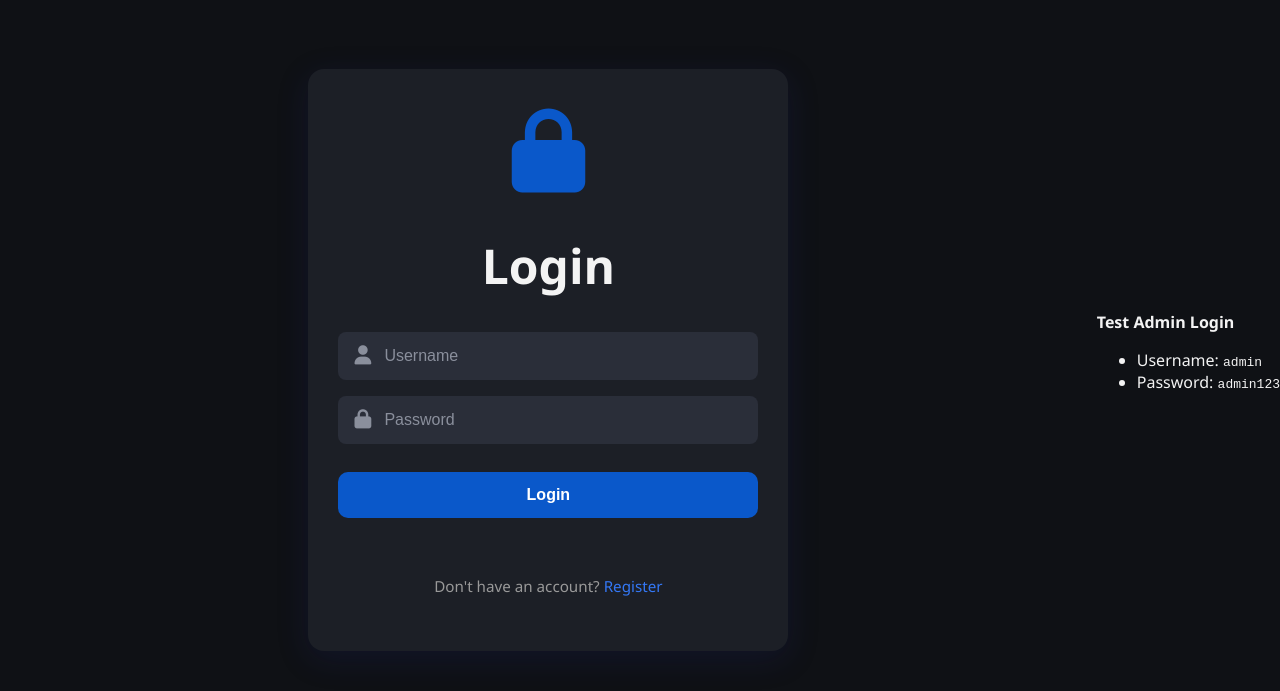
Repository: lowluds/auth-flask
Page: http://localhost/login
An editor plug-in stored every save of this project. The page is shown before and after the next save, followed by the edit.
The browser window is 1280 px wide. The pictures show the whole page.
The page is served by the project's application, run on Flask 3 (login.py).

Above is the page before, as saved 2025-07-11 00:05:15.

### templates/login.html
<!DOCTYPE html>
<html lang="en">
<head>
    <meta charset="UTF-8">
    <meta name="viewport" content="width=device-width, initial-scale=1.0">
    <title>Login</title>
    <link rel="stylesheet" href="{{ url_for('static', filename='register.css') }}">
    <link rel="stylesheet" href="{{ url_for('static', filename='error.css') }}">
    <link rel="stylesheet" href="https://cdnjs.cloudflare.com/ajax/libs/font-awesome/6.5.0/css/all.min.css">
</head>

<body>
    <div class="login-container">
        <i class="fas fa-lock login-icon"></i>
        <h2>Login</h2>
        <form method="post" action="/login">

          <div class="input-group">
              <i class="fas fa-user"></i>
              <input type="text" name="username" placeholder="Username" required>
          </div>

          <div class="input-group">
              <i class="fas fa-lock"></i>
              <input type="password" name="password" placeholder="Password" required>
          </div>

            {% with messages = get_flashed_messages(with_categories=true) %}
              {% if messages %}
                {% for category, message in messages %}
                  {% if category == 'error' %}
                  <div class="input-error">{{ message }}</div>
                  {% endif %}
                {% endfor %}
              {% endif %}
            {% endwith %}

            <button type="submit">Login</button>
            <br>
            {% if show_forgot %}
            <a href="{{ url_for('forgot_password') }}" class="forgot-link">Forgot password?</a>
            {% endif %}

        </form>
        <p>Don't have an account? <a href="/register">Register</a></p>
    </div>

    <!-- Admin Info Sticky Node -->
    <div class="admin-sticky-info">
        <strong>Test Admin Login</strong>
        <ul>
            <li>Username: <code>admin</code></li>
            <li>Password: <code>admin123</code></li>
        </ul>
    </div>

</body>
</html>

### login.py
from flask import Flask, render_template, request, redirect, url_for, session, flash
from werkzeug.security import check_password_hash
from werkzeug.security import generate_password_hash
import json

app = Flask (__name__)
app.secret_key = '123abc456'  # Change this to a secure random value

@app.route('/')
def home():
    return redirect(url_for('login'))

# Login
@app.route('/login', methods=['GET', 'POST'])
def login():
    if request.method == 'POST':
        # Get form input
        username = request.form['username']
        password = request.form['password']

        # Load users from JSON
        with open('users/userDB.json', 'r') as file:
            data = json.load(file)

        # Look for user
        for user in data['users']:
            if user['username'] == username:
                # Check hashed password
                if check_password_hash(user['password'], password):
                    session['username'] = username
                    session['group'] = user['group']
                    session.pop('show_forgot', None)

                    # Redirect based on group
                    if user['group'] == 'admin':
                        return redirect(url_for('admin'))
                    else:
                        return redirect(url_for('dashboard'))

                flash("Incorrect password", "error")
                session['show_forgot'] = True
                return redirect(url_for('login'))

        flash("Username or password not found", "error")
        session.pop('show_forgot', None)
        return redirect(url_for('login'))

    show_forgot = session.pop('show_forgot', False)
    return render_template('login.html', show_forgot=show_forgot)

# Register
@app.route('/register', methods=['GET', "POST"])
def register():
    if request.method == 'POST':
        username = request.form['username']
        password = request.form['password']
        group = "user"

        # Load existing users
        with open('users/userDB.json', 'r') as file:
            data = json.load(file)

        # Check for duplicate username
        for user in data['users']:
            if user['username'] == username:
                flash("Username already exists. Please choose another.", "error")
                return redirect(url_for('register'))

        # Hash the password
        hashed_password = generate_password_hash(password)

        # Add new user to userDB.json
        data['users'].append({
            'username': username,
            'password': hashed_password,
            'group'   : group
        })

        # Save the updated user to userDB.json
        with open('users/userDB.json', "w") as file:
            json.dump(data, file, indent=4)

        flash("You are registered! Please log in.", "success")
        return redirect(url_for('login'))

    # Only runs for GET requests
    return render_template('register.html')

# Forgot Password
@app.route('/forgot')
def forgot_password():
    return render_template('forgot.html')

# Dashboard
@app.route('/dashboard')
def dashboard():
    # Check if user is logged in
    if 'username' in session:
        return render_template('dashboard.html')
    else:
        return redirect(url_for('login'))
# Admin dashboard
@app.route('/admin')
def admin():
    if 'username' in session:
        if session.get('group') == 'admin':
            return render_template('admin.html')
        else:
            return "You are logged in, but not authorized to view this page"
    else:
        return redirect(url_for('login'))

# Logout
@app.route('/logout')
def logout():
    session.pop('username', None)
    return redirect(url_for('login'))

if __name__ == '__main__':
    app.run(debug=True)

### static/register.css
/* Global dark theme */
body {
    background: #0f1115;
    font-family: 'Segoe UI', Tahoma, Geneva, Verdana, sans-serif;
    margin: 0;
    padding: 0;
    color: #f3f3f3;
    min-height: 100vh;
    display: flex;
    justify-content: center;
    align-items: center;
}

/* Shared container styles */
.login-container,
.register-container,
.dashboard-container,
.admin-dashboard-container {
    background: #1c1f26;
    max-width: 420px;
    width: 100%;
    padding: 40px 30px;
    margin: 60px auto;
    border-radius: 16px;
    box-shadow: 0 8px 32px rgba(31, 38, 135, 0.18);
    display: flex;
    flex-direction: column;
    align-items: center;
}

.input-group {
    position: relative;
    width: 100%;
    margin-bottom: 16px;
}

.input-group i {
    position: absolute;
    top: 50%;
    left: 16px;
    transform: translateY(-50%);
    color: #8a8f9c;
    font-size: 1.2rem;
    pointer-events: none;
}

.input-group input {
    padding: 14px 16px 14px 46px;
    height: 48px;
    border: none;
    border-radius: 8px;
    background-color: #2a2e39;
    color: #f3f3f3;
    font-size: 1rem;
    width: 100%;
    box-sizing: border-box;
    margin-bottom: 0;
}

.input-group input:focus {
    box-shadow: 0 0 0 2px rgba(52, 120, 246, 0.4);
}

/* Headings */
.login-container h2,
.register-container h2,
.dashboard-container h2,
.admin-dashboard-container h2 {
    color: #f3f3f3;
    margin-bottom: 34px;
    font-weight: 600;
    font-size: 3rem;
    text-align: center;
}

/* Forms */
form {
    width: 100%;
    display: flex;
    flex-direction: column;
    margin-bottom: 20px;
}

/* Labels */
label {
    margin-bottom: 6px;
    color: #ccc;
    font-size: 0.95rem;
}

/* Inputs */
input,
select {
    padding: 14px;
    margin-bottom: 16px;
    border: none;
    border-radius: 10px;
    background-color: #2a2e39;
    color: #f3f3f3;
    font-size: 1rem;
    transition: all 0.2s ease-in-out;
}

input::placeholder {
    color: #8a8f9c;
}

input:focus,
select:focus {
    outline: none;
    background-color: #2f3541;
    border: 1.5px solid #3478f6;
}

/* Buttons */
button {
    background-color: #0a58ca;
    color: #fff;
    border: none;
    border-radius: 10px;
    padding: 14px;
    font-size: 1rem;
    font-weight: 600;
    cursor: pointer;
    transition: background-color 0.3s ease;
    margin-top: 12px;
}

button:hover {
    background-color: #0846a1;
}

/* Links */
a {
    color: #3478f6;
    text-decoration: none;
    font-weight: 500;
    font-size: 0.95rem;
}

a:hover {
    color: #5a9afc;
    text-decoration: underline;
}

.login-container .login-icon {
    font-size: 84px;
    color: #0a58ca;
    margin-bottom: 0px;
}

.register-container .register-icon {
    font-size: 84px;
    color: #0a58ca;
    margin-bottom: 0px;
}

.dashboard-container .dashboard-icon {
    font-size: 84px;
    color: #0a58ca;
    margin-bottom: 0px;
}

.dashboard-container .admin-icon {
    font-size: 84px;
    color: #0a58ca;
    margin-bottom: 0px;
}

.login-container .forgot-container {
    padding-top: 100px; /* or any value you want */
}

/* Paragraphs */
p {
    margin-top: 16px;
    color: #999;
    font-size: 0.95rem;
}

/* Forgot Password */
.forgot-link {
    text-align: center;
    margin-bottom: 10px;
}

/* Flash error styling */
.input-error {
    color: #ff4d4d;
    font-weight: bold;
    margin-bottom: 12px;
    text-align: center;
}

/* Responsive */
@media (max-width: 600px) {
    .login-container,
    .register-container,
    .dashboard-container,
    .admin-dashboard-container {
        width: 90%;
        padding: 24px;
    }
}

### static/error.css
/* Modern error style for login and form input errors */
.input-error {
    background: none;
    color: #ff0000;
    padding: 0;
    border-radius: 0;
    margin: 14px 0 18px 0;
    font-weight: 600;
    text-align: center;
    box-shadow: none;
    letter-spacing: 0.7px;
    font-size: 1.08rem;
    border: none;
    text-shadow: none;
    max-width: 400px;
    width: 90%;
    margin-left: auto;
    margin-right: auto;
}
@keyframes fadeOut {
  0% { opacity: 0.98; transform: translateY(0); }
  80% { opacity: 0.98; }
  100% { opacity: 0; transform: translateY(-20px); pointer-events: none; }
}

After the next save:
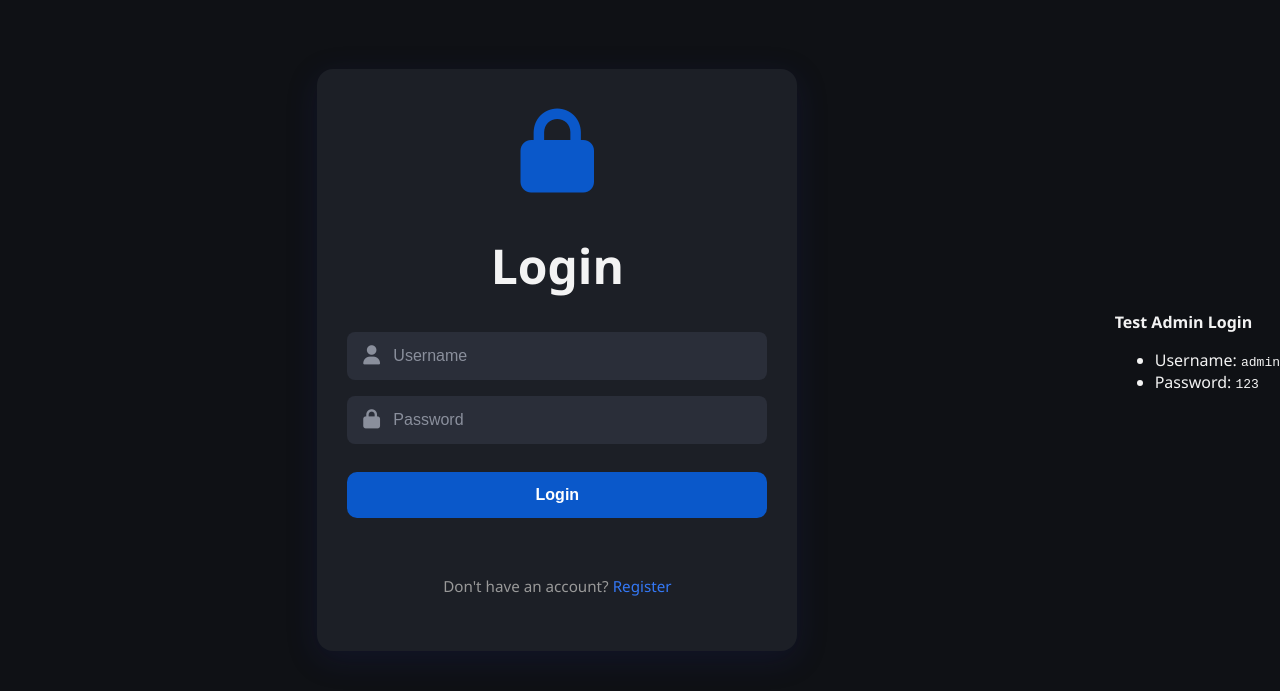
Saved 69 s later.
--- a/templates/login.html
+++ b/templates/login.html
@@ -50,7 +50,7 @@
         <strong>Test Admin Login</strong>
         <ul>
             <li>Username: <code>admin</code></li>
-            <li>Password: <code>admin123</code></li>
+            <li>Password: <code>123</code></li>
         </ul>
     </div>
 
